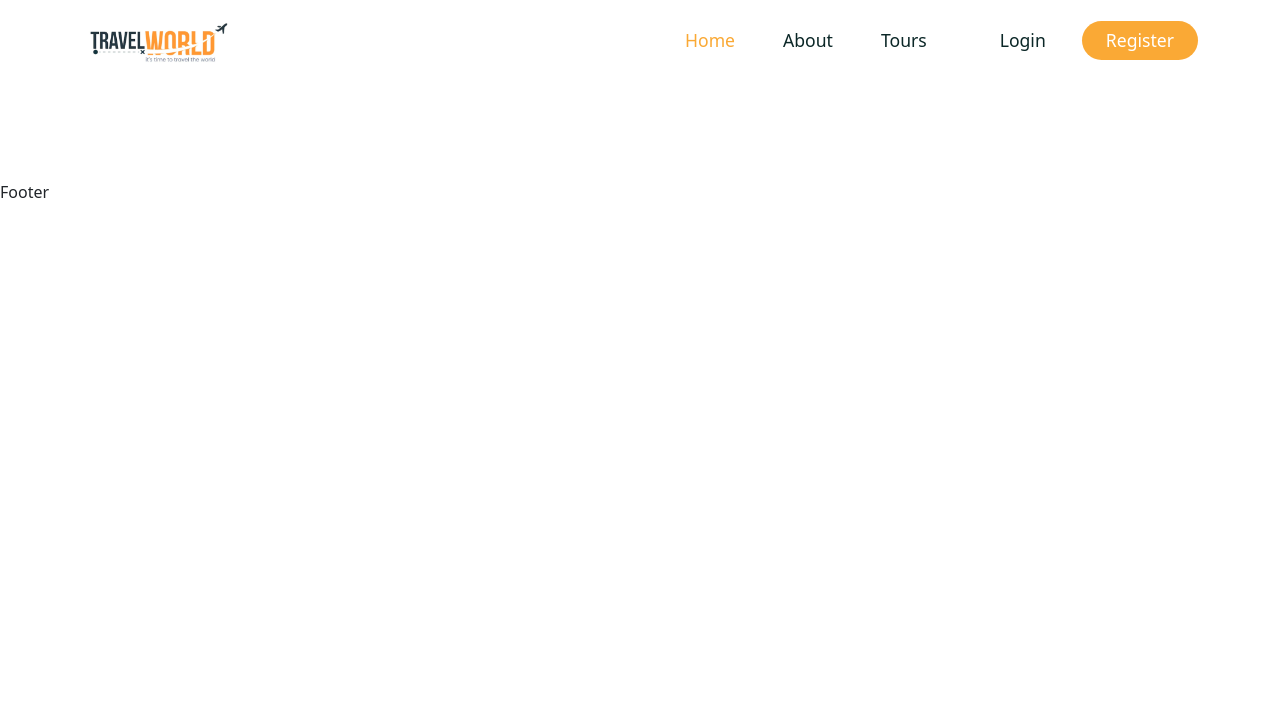
Repository: remydev47/travell-agency
Page: /
These files come from the project's save history. The page is drawn as it stood at one moment and after the next save; the edit follows.
The browser window is 1280 px wide. The pictures show the whole page.
Some web fonts or font styles are not loaded; a fallback is used. The project was rebuilt for these pictures with package versions that can differ from the ones it lists, and the page was loaded fresh each time. Also part of the build but not shown: vite.config.js, src/styles/home.css, src/pages/Login.jsx, src/pages/TourDetails.jsx, src/pages/Tours.jsx, src/pages/SearchResultList.jsx, src/pages/Register.jsx. Imported but missing from the stored project, and not drawn on this page: src/assets/images/hero-video.mp4.

Above is the page before, as saved 2023-01-31 11:32:07.

### src/main.jsx
import React from 'react'
import ReactDOM from 'react-dom/client'
import App from './App'
import "bootstrap/dist/css/bootstrap.min.css";
import "remixicon/fonts/remixicon.css";
import "slick-carousel/slick/slick.css";
import "slick-carousel/slick/slick-theme.css";
import { BrowserRouter } from 'react-router-dom';

ReactDOM.createRoot(document.getElementById('root')).render(
  <React.StrictMode>
    <BrowserRouter>
      <App />
    </BrowserRouter>
  </React.StrictMode>,
)

### src/App.jsx
import { useState } from 'react'
import './App.css'
import Layout from './components/Layout/Layout'

function App() {
  return (
    <>
      <Layout />
    </>
  )
}

export default App

### src/components/Layout/Layout.jsx
import React from 'react';
import Header from '../Header/Header';
import Footer from '../Footer/Footer';
import Routers from '../../router/Routers';

const Layout = () => {
  return (
   <>
     <Header />
     <Routers />
     <Footer />
   </>
  )
}

export default Layout

### src/components/Header/Header.jsx
import React from 'react';
import { Container, Row, Button } from 'reactstrap';
import { NavLink, Link  } from 'react-router-dom';
import logo from "../../assets/images/logo.png";
import './header.css';

const nav__links=[
  {
    path:'/home',
    display: 'Home'
  },
  {
    path:'/about',
    display: 'About'
  },
  {
    path:'/tours',
    display: 'Tours'
  },
]

const Header = () => {
  return (
    <header className="header">
      <Container>
        <Row>
          <div className="nav__wrapper d-flex align-items-center
           justify-content-between ">
            {/* Logo start */}
            <div className="logo">
              <img src={logo} />
            </div>
            {/* Logo ends */}

            {/* menu starts */}
            <div className="navigation">
              <ul className="menu d-flex align-items-center gap-5">
                {nav__links.map((item, index) => (
                  <li className="nav__item" key={index}>
                    <NavLink
                     to={item.path}
                     className={navClass=> navClass.isActive ? 'active__link' : ''}
                     >
                      {item.display}
                    </NavLink>
                  </li>
                ))}
              </ul>
            </div>
            {/* menu ends */}

            <div className="nav__right d-flex align-items-center gap-4">
              <div className="nav__btns d-flex align-items-center gap-4">
                <Button className='btn secondary__btn '>
                  <Link to="/login">Login</Link>
                </Button>

                <Button className='btn primary__btn '>
                  <Link to="/register">Register</Link>
                </Button>
              </div>
            </div>

          </div>
        </Row>
      </Container>
    </header>
  )
}

export default Header

### src/router/Routers.js
import React from 'react';
import { Routes, Route, Navigate } from 'react-router-dom';

import { SearchResultList, Tours, TourDetails, Login, Register, Home } from '../pages';

const Routers = () => {
  return (
    <Routes>
        <Route path="/" element={<Navigate to='/home' />} />
        <Route path="/home" element={<Home />} />
        <Route path="/tours" element={<Tours />} />
        <Route path="/tours:id" element={<TourDetails />} />
        <Route path="/login" element={<Login />} />
        <Route path="/register" element={<Register />} />
        <Route path="/tours/search" element={<SearchResultList />} />
    </Routes>
  )
}

export default Routers

### src/components/Header/header.css
.header{
    width: 100%;
    height: 80px;
    line-height: 80px;
}

.logo img{
    width: 30%;
}

.menu{
    margin-bottom: 0;
}

.nav__item a{
    text-decoration: none;
    color: var(--heading-color);
    font-weight: 500;
    font-size: 1.1rem;
}

.nav__item a:hover{
    color: inherit;
}

.nav__item a.active__link{
    color: var(--secondary-color);
}

.mobile__menu{
    font-size: 1.3rem;
    color: var(--heading-color);
    display: none;
}

.stick__header{
    width: 100%;
    height: 80px;
    line-height: 80px;
    background: #fff;
    position: sticky;
    top: 0;
    left: 0;
    box-shadow: 3ps 3px 8px #ddd;
    z-index: 999;
}

### src/pages/index.js
import Home from "./Home"
import Login from "./Login";
import TourDetails from "./TourDetails";
import Tours from "./Tours";
import SearchResultList from "./SearchResultList";
import Register from "./Register";

export {
    Home, Tours, TourDetails, Login, SearchResultList, Register
}

### src/pages/Home.jsx
import React from 'react';
import '../styles/home.css';
import  { Container, Row, Col } from 'reactstrap';
import heroImg from '../assets/images/hero-img01.jpg';
import heroImg02 from '../assets/images/hero-img02.jpg';
import heroVideo from '../assets/images/hero-video.mp4'

const Home = () => {
  return (
    <>
     <section>
      <Container>
        <Row>
          <Col lg="6">
          </Col>
        </Row>
      </Container>
     </section>
    </>
  )
}

export default Home

### src/shared/Subtitle.jsx
import React from 'react'

const Subtitle = ({ subtitle }) => {
  return (
    <h3 className='section__subtitle'>{subtitle}</h3>
  )
}

export default Subtitle

Loaded but not shown: index.html (common file); src/App.css (common file); src/components/Footer/Footer.jsx (common file)

After the next save:
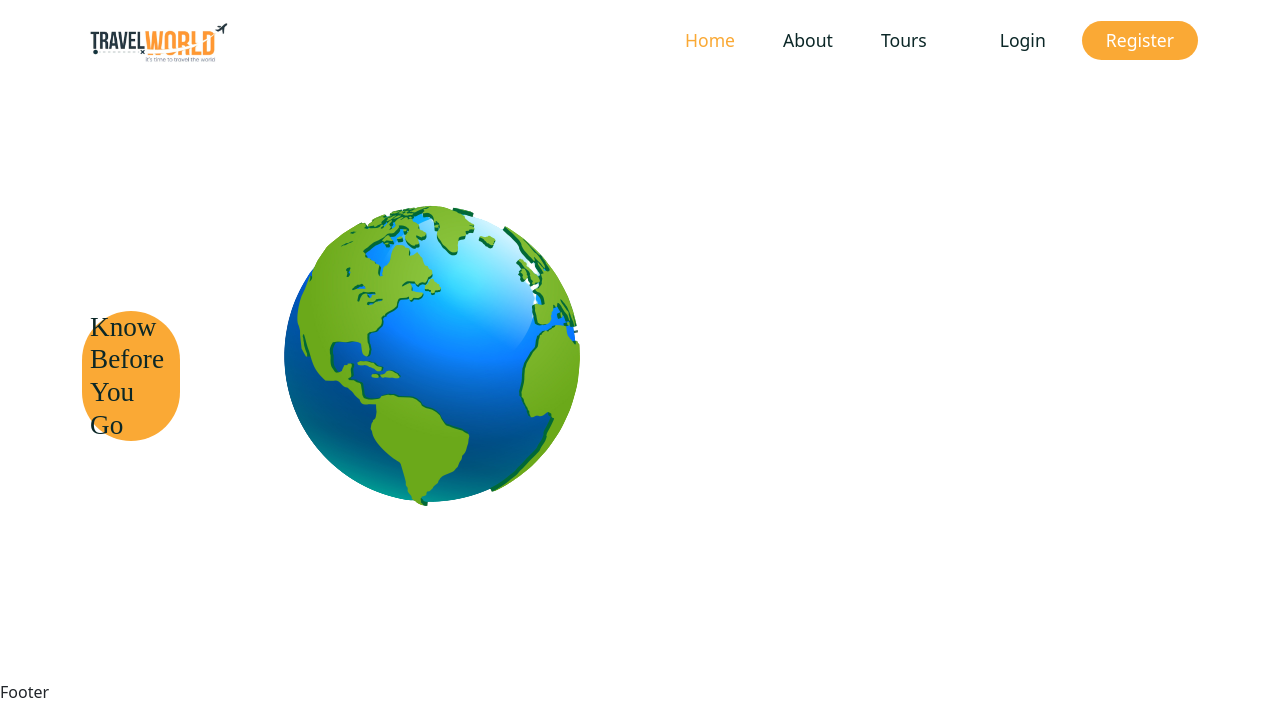
Saved 4 min 1 s later.
--- a/src/pages/Home.jsx
+++ b/src/pages/Home.jsx
@@ -3,7 +3,9 @@ import '../styles/home.css';
 import  { Container, Row, Col } from 'reactstrap';
 import heroImg from '../assets/images/hero-img01.jpg';
 import heroImg02 from '../assets/images/hero-img02.jpg';
-import heroVideo from '../assets/images/hero-video.mp4'
+import heroVideo from '../assets/images/hero-video.mp4';
+import worldImg from '../assets/images/world.png'
+import Subtitle from '../shared/Subtitle';
 
 const Home = () => {
   return (
@@ -12,6 +14,12 @@ const Home = () => {
       <Container>
         <Row>
           <Col lg="6">
+            <div className='hero__content'>
+              <div className="hero__subtitle d-flex align-items-center">
+                <Subtitle subtitle={'Know Before You Go'}/>
+                <img src={worldImg} />
+              </div>
+            </div>
           </Col>
         </Row>
       </Container>
